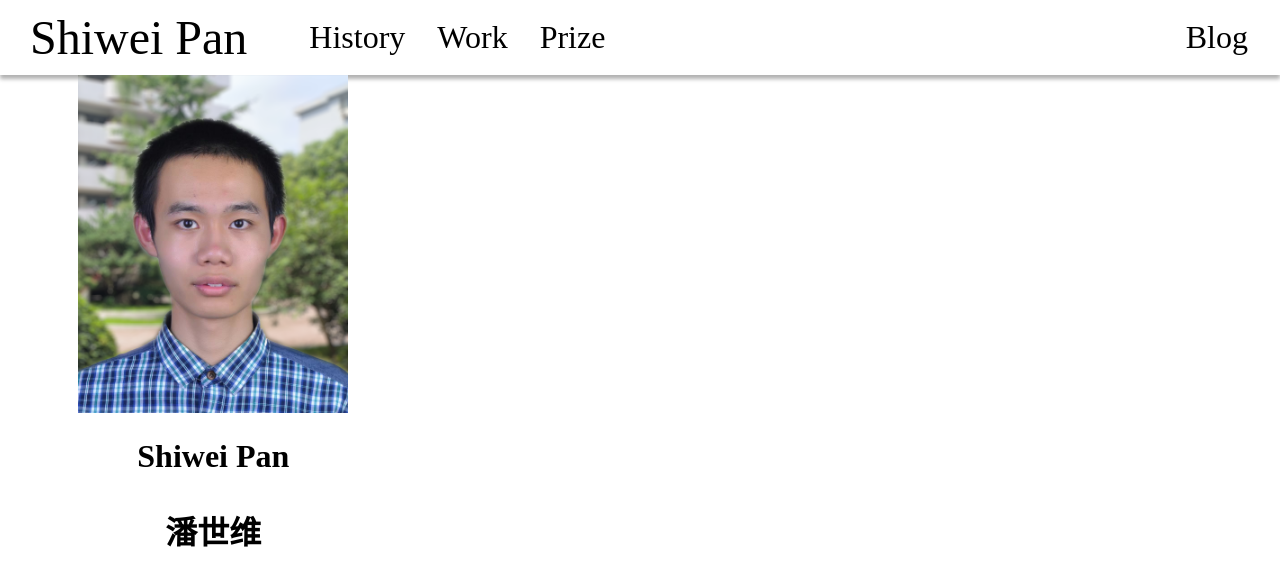
Repository: erikpsw/web
Page: new/psw.html
The author's editor kept a copy of each file at every save. The page is drawn from the files as they stood at one save, then again after the next save.
The browser window is 1280 px wide. The pictures show the whole page.

Above is the page before, as saved 2022-06-16 22:19:05.

### new/psw.html
<!DOCTYPE html>
<html>
<head>
<meta charset="utf-8">
<title>Shiwei Pan</title>
<link rel="stylesheet" type="text/css" href="styles.css">
</head>
<body class="body">
<nav id="start_box">
    <a class="nav" id="title" href="">Shiwei Pan</a>
    <a class="nav" href="" >History</a>
    <a class="nav" href="">Work</a>
    <a class="nav" href="">Prize</a>
    <a class="nav" id="myblog" target="_blank" href="https://erikpsw.github.io/">Blog</a>
</nav>
<section>
    <div id="profile">
        <img src="\pic\mine.png" id="mine">
        <h2 id="intro">Shiwei Pan</h2>
        <h3 style="font-family: STZhongsong; font-size: 2em;">潘世维</h3>
    </div>
</section>
</body>
</html>

### new/styles.css
#start_box
{
    background-color: whit;
    display:flex;
    box-shadow: 0 0.25rem 0.25rem 0 rgb(0 0 0 / 31%);
}

#title{
    text-decoration: none;
    font-family:"Times New Roman",Georgia,Serif;
    font-style:inherit;
    padding:10px 30px 10px;
    color:black;
    font-size: 3em;
}

.nav{
    text-decoration: none;
    font-family:"Times New Roman",Georgia,Serif;
    padding-left:1em;
    color:black;
    display: inline-flex;
    align-items: center;
    font-size: 2em;
}

.body{
    margin: 0%;
}

#myblog{
    margin-left: auto;
    padding-right: 1em;
}

#mine{
    width: 270px;
    height: 337.5px;
}

#profile{
    text-align: center;
    max-width: 33.333%;
}

#intro{
    font-family: "Times New Roman",Georgia,Serif;
    font-size: 2em;
    margin: 5%;
}

After the next save:
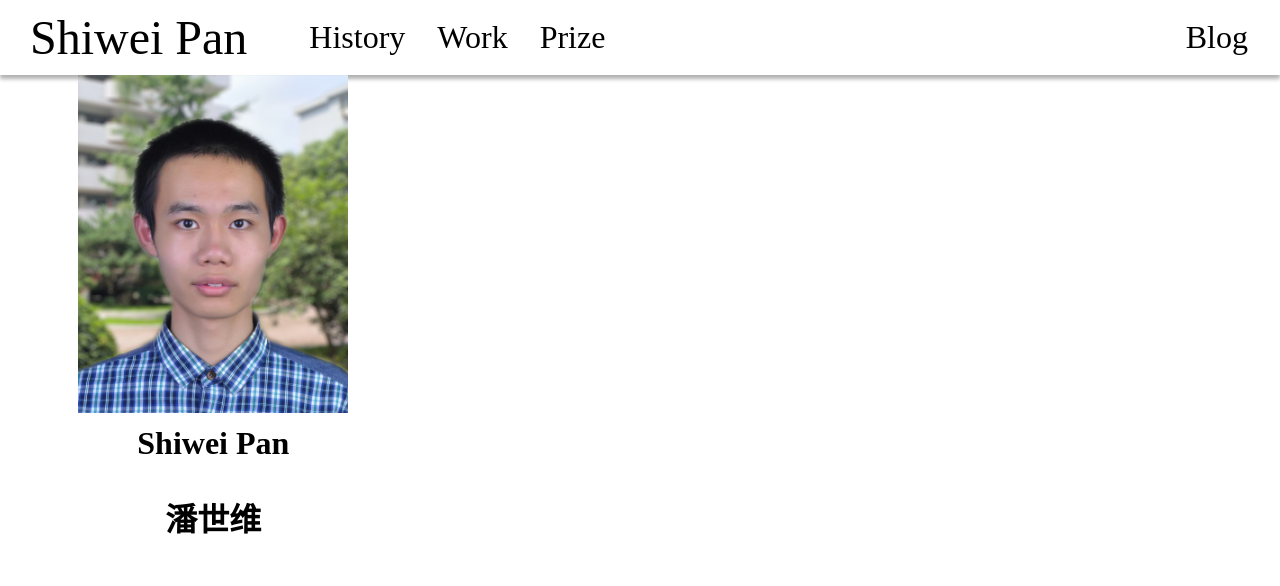
Saved 14 s later.
--- a/new/styles.css
+++ b/new/styles.css
@@ -46,5 +46,5 @@
 #intro{
     font-family: "Times New Roman",Georgia,Serif;
     font-size: 2em;
-    margin: 5%;
+    margin: 2%;
 }
